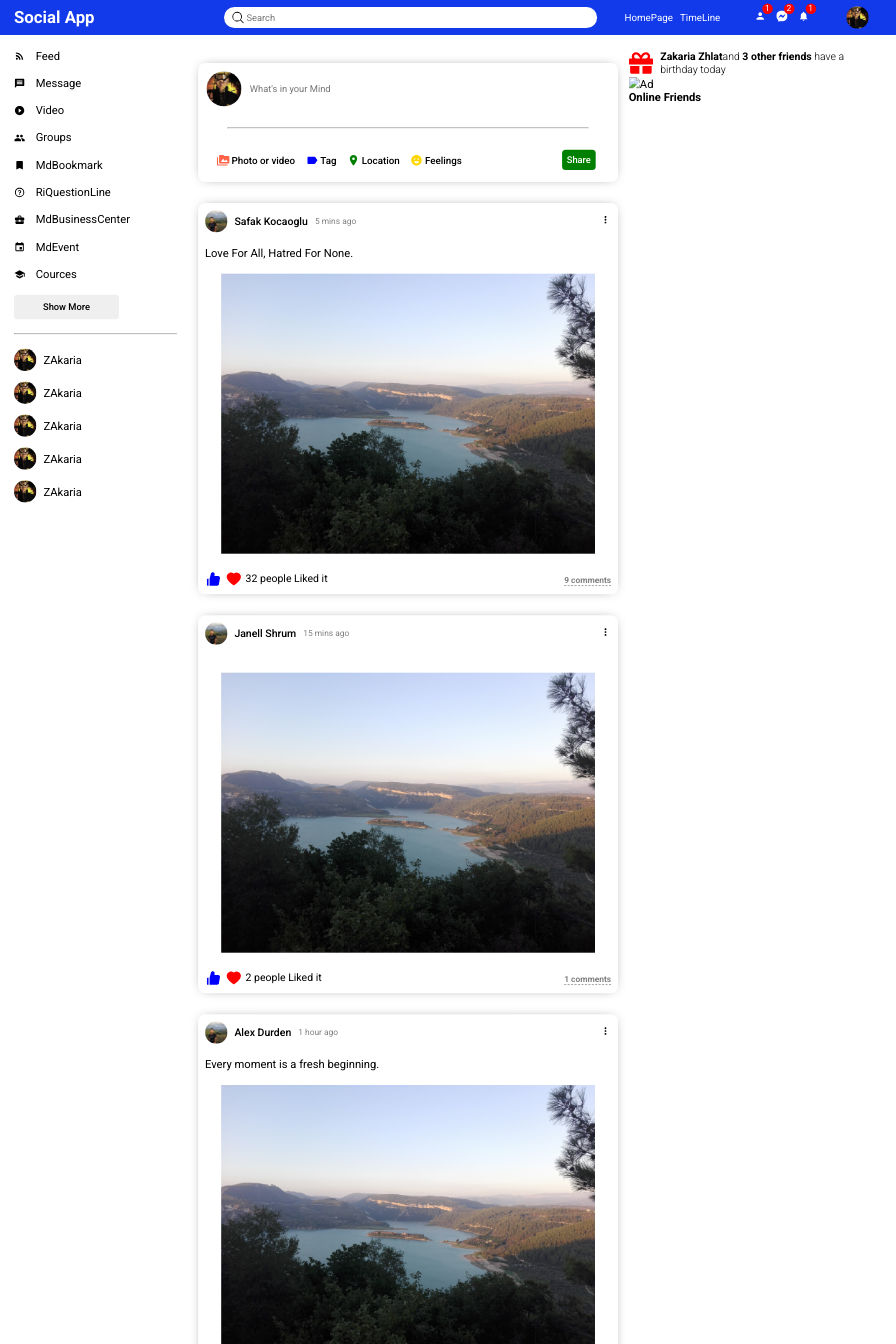
Repository: ZakariaZhlat125/Social-App
Page: /
An editor plug-in stored every save of this project. The page is shown before and after a run of saves, followed by the edit.
The browser window is 1280 px wide. The pictures show the part of the page from y = 0 to 1920 px (the page is 6066 px tall before and 720 px after), at 70% of full size.
The project was rebuilt for these pictures with package versions that can differ from the ones it lists, and the page was loaded fresh each time. Also part of the build but not shown: vite.config.js, src/components/online/Online.css.

Above is the page before, as saved 2023-01-12 00:34:49.

### index.html
<!DOCTYPE html>
<html lang="en">
  <head>
    <meta charset="UTF-8" />
    <meta name="viewport" content="width=device-width, initial-scale=1.0" />
    <link rel="preconnect" href="https://fonts.googleapis.com" />
    <link rel="preconnect" href="https://fonts.gstatic.com" crossorigin />
    <link
      href="https://fonts.googleapis.com/css2?family=Roboto:ital,wght@0,100;0,300;0,400;0,500;0,700;0,900;1,100;1,300;1,400;1,700;1,900&display=swap"
      rel="stylesheet"
    />
    <link rel="stylesheet" href="./src/style.css" />
    <title>Social App</title>
  </head>
  <body>
    <div id="root"></div>
    <script type="module" src="/src/main.jsx"></script>
  </body>
</html>

### src/style.css
*{
    margin: 0;
    font-family: 'Roboto',sans-serif;
}

### src/App.jsx
import Home from "./pages/home/home"

function App() {


  return (
   <div>
    <Home />
   </div>
  )}

export default App

### src/pages/home/Home.jsx
import Feed from "../../components/feed/Feed";
import Header from "../../components/header/Header";
import Rightbar from "../../components/rightbar/Rightbar";
import Sidebar from "../../components/sidebar/Sidebar";

import './Home.css'

function Home() {
  return (
    <>
      <Header />
      <div className="homeContainer">
        <Sidebar />
        <Feed />
        <Rightbar />
      </div>
    </>
  );
}

export default Home;

### src/components/feed/Feed.jsx
import "./Feed.css";
import Share from "../share/Share";
import Post from "../post/Post";
import { Posts } from "../../dummyData";

function Feed() {
  return (
    <div className="feed">
      <div className="feedWrapper"></div>
      <Share />
      {Posts.map((post) => (
        <Post key={post.id} post={post} />
      ))}
    </div>
  );
}

export default Feed;

### src/components/header/Header.jsx
import "./Header.css";
import { HiMagnifyingGlass } from "react-icons/hi2";
import { MdPerson,MdNotifications } from "react-icons/md";
import { SiMessenger } from "react-icons/si";
import profile from '../../assets/profile.jpg'
function Header() {
  return (
    <div className="HeaderContainer">
      <div className="headerLeft">
        <span className="logo">Social App</span>
      </div>
      <div className="headerCenter">
        <div className="searchBar">
        <HiMagnifyingGlass className="searchIcon" />
        <input placeholder="Search" className="searchInput" />
        </div>
      </div>
      <div className="headerRight">
        <div className="headerLinks">
          <span className="headerLink">HomePage</span>
          <span className="headerLink">TimeLine</span>
        </div>
        <div className="headerIcon">
          <div className="headerIconItem">
            <MdPerson />
            <span className="headerIconBage">1</span>
          </div>
          <div className="headerIconItem">
            <SiMessenger />
            <span className="headerIconBage">2</span>
          </div>
          <div className="headerIconItem">
            <MdNotifications />
            <span className="headerIconBage">1</span>
          </div>
        </div>
        <img src={profile} alt="" className="headerImg" />
      </div>
    </div>
  );
}

export default Header;

### src/components/rightbar/Rightbar.jsx
import "./Rightbar.css";
import {FaGift} from "react-icons/fa";
import {Users} from '../../dummyData'


function Rightbar() {
  return (
    <div className="rightbar">
      <div className="rightbarWarpper">
        <div className="birthdayContainer">
          <FaGift color="red"  className="birthdayIcon"/>
          <span className="birthdayText">
            <b>Zakaria Zhlat</b>and <b>3 other friends</b> have a birthday today
          </span>
        </div>
        <img src="" alt="Ad" />
        <h4 className="rightbarTitle">Online Friends</h4>
        <ul className="rightFriendList">

        </ul>
      </div>
    </div>
  );
}

export default Rightbar;

### src/components/feed/Feed.css
.feed {
  flex: 5.5;
  margin-left: 10px;
}

.feedWrapper {

  padding: 20px;

}

### src/components/share/Share.jsx
import "./Share.css";
import profile from "../../assets/profile.jpg";
import { MdPermMedia,MdLabel,MdRoom,MdEmojiEmotions } from "react-icons/md";

export default function Share() {
  return (
    <div className="share">
      <div className="shareWarpper">
        <div className="shareTop">
          <img src={profile} alt="" className="shareProfileImg" />
          <input placeholder="What's in your Mind" className="shareInput" />
        </div>
        <hr className="sharehr" />
        <div className="sharebottom">
          <div className="shareOptions">
            <div className="shareOption">
              <MdPermMedia  className="shareIcon tomato" />
              <span className="shareOptionText">Photo or video </span>
            </div>
            <div className="shareOption">
              <MdLabel className="shareIcon blue" />
              <span className="shareOptionText">Tag</span>
            </div>
            <div className="shareOption">
              <MdRoom className="shareIcon green" />
              <span className="shareOptionText">Location</span>
            </div>
            <div className="shareOption">
              <MdEmojiEmotions className="shareIcon golde" />
              <span className="shareOptionText">Feelings </span>
            </div>
          </div>
          <button className="sharebutton">Share</button>
        </div>
      </div>
    </div>
  );
}

### src/components/post/Post.jsx
import React from "react";
import "./Post.css";
import profile from "../../assets/profile.jpg";
import { Users } from "../../dummyData";

import { MdMoreVert } from "react-icons/md";
import { AiFillLike, AiFillHeart } from "react-icons/ai";

export default function Post({post}) {

  return (
    <div className="post">
      <div className="postWarpper">
        <div className="postTop">
          <div className="postTopLeft">
            <img src={Users.filter((user) => user.id === post?.userId)[0].profilePicture} alt="profile Image" className="postProfileImg" />
            <span className="postUserName">{Users.filter((user) => user.id === post?.userId)[0].username}</span>
            <span className="postDate">{post.date}</span>
          </div>
          <div className="postTopRight">
            <MdMoreVert />
          </div>
        </div>
        <div className="postCenter">
          <div className="postText">{post?.desc}</div>
          <img src={post.photo} alt="" className="postImg" />
        </div>
        <div className="postBottom">
          <div className="postBottomLeft">
            <AiFillLike className="likeIcon" color=" blue" />
            <AiFillHeart className="likeIcon" color="red" />
            <span className="postLikeCounter">{post.like} people Liked it</span>
          </div>
          <div className="postBottomRight">
            <span className="postCommentText">{post.comment} comments</span>
          </div>
        </div>
      </div>
    </div>
  );
}

### src/dummyData.jsx
import  userphoto from './assets/person/1.jpeg'
import  postphoto from './assets/post/1.jpeg'
export const Users = [
  {
    id: 1,
    profilePicture: userphoto,
    username: "Safak Kocaoglu",
  },
  {
    id: 2,
    profilePicture: userphoto,
    username: "Janell Shrum",
  },
  {
    id: 3,
    profilePicture: userphoto,
    username: "Alex Durden",
  },
  {
    id: 4,
    profilePicture: userphoto,
    username: "Dora Hawks",
  },
  {
    id: 5,
    profilePicture: userphoto,
    username: "Thomas Holden",
  },
  {
    id: 6,
    profilePicture: userphoto,
    username: "Shirley Beauchamp",
  },
  {
    id: 7,
    profilePicture: userphoto,
    username: "Travis Bennett",
  },
  {
    id: 8,
    profilePicture: userphoto,
    username: "Kristen Thomas",
  },
  {
    id: 9,
    profilePicture: userphoto,
    username: "Gary Duty",
  },
  {
    id: 10,
    profilePicture: userphoto,
    username: "Safak Kocaoglu",
  },
];

export const Posts = [
  {
    id: 1,
    desc: "Love For All, Hatred For None.",
    photo: postphoto,
    date: "5 mins ago",
    userId: 1,
    like: 32,
    comment: 9,
  },
  {
    id: 2,
    photo: postphoto,
    date: "15 mins ago",
    userId: 2,
    like: 2,
    comment: 1,
  },
  {
    id: 3,
    desc: "Every moment is a fresh beginning.",
    photo: postphoto,
    date: "1 hour ago",
    userId: 3,
    like: 61,
    comment: 2,
  },
  {
    id: 4,
    photo: postphoto,
    date: "4 hours ago",
    userId: 4,
    like: 7,
    comment: 3,
  },
  {
    id: 5,
    photo: postphoto,
    date: "5 hours ago",
    userId: 5,
    like: 23,
    comment: 5,
  },
  {
    id: 6,
    photo: "assets/post/1.jpeg",
    date: "1 day ago",
    userId: 6,
    like: 44,
    comment: 6,
  },
  {
    id: 7,
    desc: "Never regret anything that made you smile.",
    photo: postphoto,
    date: "2 days ago",
    userId: 7,
    like: 52,
    comment: 3,
  },
  {
    id: 8,
    photo: postphoto,
    date: "3 days ago",
    userId: 8,
    like: 15,
    comment: 1,
  },
  {
    id: 9,
    desc: "Change the world by being yourself.",
    photo: postphoto,
    date: "5 days ago",
    userId: 9,
    like: 11,
    comment: 2,
  },
  {
    id: 10,
    photo: postphoto,
    date: "1 week ago",
    userId: 10,
    like: 104,
    comment: 12,
  },
];

### src/components/header/Header.css
.HeaderContainer {
  height: 50px;
  width: 100%;
  background-color: #123aeb;
  display: flex;
  align-items: center;
  position: sticky;
  top: 0;
  z-index: 999;
}

.headerLeft {
  flex: 3;
}

.logo {
  font-size: 24px;
  margin-left: 20px;
  font-weight: bold;
  color: white;
  cursor: pointer;
}

.headerCenter {
  flex: 5;
}

.searchBar {
  display: flex;
  width: 100%;
  height: 30px;
  background-color: white;
  border-radius: 30px;
  align-items: center;
}

.searchIcon {
  font-size: 20px !important;
  margin-left: 10px;
}

.searchInput {
  width: 80%;
  border: none;
}

.searchInput:focus {
  outline: none;
}

.headerRight {
  display: flex;
  flex: 4;
  align-items: center;
  justify-content: space-evenly;
  color: white;
}

.headerLinks {
  display: flex;
}

.headerLink {
  margin-right: 10px;
  font-size: 14px;
  cursor: pointer;
}

.headerIcon {
  display: flex;
}

.headerIconItem {
  margin-right: 15px;
  cursor: pointer;
  position: relative;
}

.headerIconBage {
  width: 15px;
  height: 15px;
  background-color: red;
  border-radius: 50px;
  color: white;
  position: absolute;
  top: -10px;
  right: -10px;
  display: flex;
  justify-content: center;
  font-size: 12px;
}

.headerImg {
  width: 32px;
  height: 32px;
  border-radius: 50%;
  object-fit: cover;
  cursor: pointer;
}

### src/components/rightbar/Rightbar.css
.rightbar {
  flex: 3.5;
  margin-left: 15px;
  position: sticky;
}
.rightbarWarpper {
  padding: 20px 20px 0 0;
}

.birthdayContainer {
  display: flex;
  align-items: center;
}

.birthdayIcon {
  width: 40px;
  height: 40px;
  margin-right: 10px;
}

.birthdayText {
  font-weight: 300;
  font-size: 15px;
}

.rightbarTitle {
    margin-bottom: 20px;
}

.rightFriendList {
    padding: 0;
    margin: 0;
    list-style: none;
}

.rightBarFriend {
    display: flex;
    align-items: center;
    margin-bottom: 15px;
}

.rightbarProfileImageContainer {
    margin-right: 10px;
    position: relative;
}

.rightbarProfileImg {
    width: 40px;
    height: 40px;
    border-radius: 50%;
    object-fit: cover;
}

.rightbarOnline {
    width: 12px;
    height: 12px;
    border-radius: 50%;
    background-color:limegreen;
    position: absolute;
    top: -2px;
    right: 0;
    border: 2px solid white;

}

.rightUsername{
font-weight: 500;
}

### src/components/sidebar/Sidebar.css
.sidebar {
  flex: 2.5;
  height: calc(100vh - 50px);
  overflow: scroll;
  position: sticky;
  top: 50px;
}

::-webkit-scrollbar{
    width: 5px;
}
::-webkit-scrollbar-track{
    background-color: #f1f1f1;
}
::-webkit-scrollbar-thumb{
   background-color: rgb(179, 179, 179);
}
.sidebarWrapper {
  padding: 20px;
}
.sidebarList {
  padding: 0;
  margin: 0;
  list-style: none;
}

.sidebarListItem {
  display: flex;
  align-items: center;
  margin-bottom: 20px;
  cursor: pointer;
}

.sidebarIcon {
  margin-right: 15px;
}
.sidebarListItemText {
}

.sidebarButton {
    width: 150px;
    border: none;
    padding: 10px;
    border-radius: 5px;
    font-weight: 500;
}
.sidebarHr {
    margin: 20px 0;
}
.sidebarFirendList {
    padding: 0;
    margin: 0;
    list-style: none;
}
.sidebarFriend {
    display: flex;
    align-items: center;
    margin-bottom: 15px;
}
.sidebarFriendImg {
width: 32px;
height: 32px;
border-radius: 50%;
object-fit: cover;
margin-right: 10px;
}

.sidebarFriendName {

}

### src/components/share/Share.css
.share {
  width: 100%;
  height: 170px;
  border-radius: 10px;
  -webkit-box-shadow: 0px 0px 16px -8px rgba(0, 0, 0, 0.68);
  box-shadow: 0px 0px 16px -8px rgba(0, 0, 0, 0.68);
}

.shareWarpper {
  padding: 12px;
}

/*Top section */
.shareTop {
  display: flex;
  align-items: center;
}

.shareProfileImg {
  width: 50px;
  height: 50px;
  border-radius: 50%;
  object-fit: cover;
  margin-right: 10px;
}

.shareInput {
  border: none;
  width: 80%;
}

.shareInput:focus {
  outline: none;
}

.sharehr {
  margin: 30px;
}
/*end top section*/

/*bottom Section*/
.sharebottom {
  display: flex;
  align-items: center;
  justify-content: space-between;
}

.shareOptions {
  display: flex;
  margin-left: 15px;
}

.shareOption {
  display: flex;
  align-items: center;
  margin-right: 15px;
  cursor: pointer;
}

.shareIcon {
  font-size: 18px;
  margin-right: 3px;
}

.shareOptionText {
  font-size: 14px;
  font-weight: 500;
}

.sharebutton {
  border: none;
  padding: 7px;
  border-radius: 5px;
  background-color: green;
  font-weight: 500;
  margin-right: 20px;
  cursor: pointer;
  color: white;
}
/*end bottom section */

/*color class for Icons*/
.tomato {
  color: tomato;
}

.blue {
  color: blue;
}

.green {
  color: green;
}

.golde {
  color: gold;
}
/*enc color section */

### src/components/post/Post.css
.post {
  width: 100%;
  border-radius: 10px;
  -webkit-box-shadow: 0px 0px 16px -8px rgba(0, 0, 0, 0.68);
  box-shadow: 0px 0px 16px -8px rgba(0, 0, 0, 0.68);
  margin: 30px 0;
}

.postWarpper {
  padding: 10px;
}

/*start top section*/
.postTop {
  display: flex;
  align-items: center;
  justify-content: space-between;
}

.postTopLeft {
  display: flex;
  align-items: center;
}

.postProfileImg {
  width: 32px;
  height: 32px;
  border-radius: 50%;
  object-fit: cover;
}

.postUserName {
  font-size: 15px;
  font-weight: 500;
  margin: 0 10px;
}
.postDate {
  font-size: 12px;
  color: gray;
}
.postTopRight {
}



/*end top section*/

/*start center section*/
.postCenter {
    margin: 20px 0;
}

.postText {
}

.postImg {
    margin-top: 20px;
    width: 100%;
    max-height: 400px;
    object-fit:contain;
}

/*end center section*/

/*start bottom section*/
.postBottom {
    display: flex;
    align-items: center;
    justify-content: space-between;
}

.postBottomLeft {
    display: flex;
    align-items: center;

}

.likeIcon {
    width: 24px;
    height: 24px;
    margin-right: 5px;
    cursor: pointer;
}

.postLikeCounter {
    font-size: 15px;
}

.postBottomRight {
}

.postCommentText {
    cursor: pointer;
    border-bottom: 1px dashed gray;
    font-size: 12px;
    color:gray;
    font-weight: bold;

. {
}

. {
}

. {
}

/*end bottom section*/
. {
}

. {
}

. {
}

### src/components/online/Online.jsx
import './Online.css'
export default function Online({user}) {
  return (
    <li className="rightBarFriend">
    <div className="rightbarProfileImageContainer">
      <img src={profile} alt="" className="rightbarProfileImg" />
      <span className="rightbarOnline"></span>
    </div>
    <span className="rightUsername">Narato</span>
  </li>
  )
}

Loaded but not shown: src/main.jsx (common file); src/pages/home/Home.css (common file); src/components/sidebar/Sidebar.jsx (155 lines, source omitted)

After the next 2 saves:
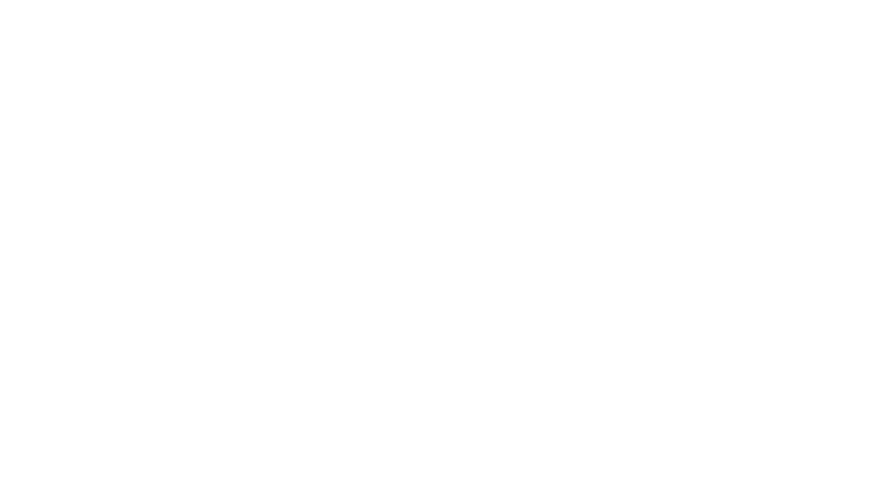
Console error: ReferenceError: profile is not defined
The 2 saves are shown as one change because 1 did not build or start.
The last was saved 81 s later.
--- a/src/components/rightbar/Rightbar.jsx
+++ b/src/components/rightbar/Rightbar.jsx
@@ -1,6 +1,7 @@
 import "./Rightbar.css";
 import {FaGift} from "react-icons/fa";
 import {Users} from '../../dummyData'
+import Online from "../online/Online";
 
 
 function Rightbar() {
@@ -16,7 +17,9 @@
         <img src="" alt="Ad" />
         <h4 className="rightbarTitle">Online Friends</h4>
         <ul className="rightFriendList">
-
+         {Users.map(user => (
+          <Online />
+         ))}
         </ul>
       </div>
     </div>

After the 5 saves that followed:
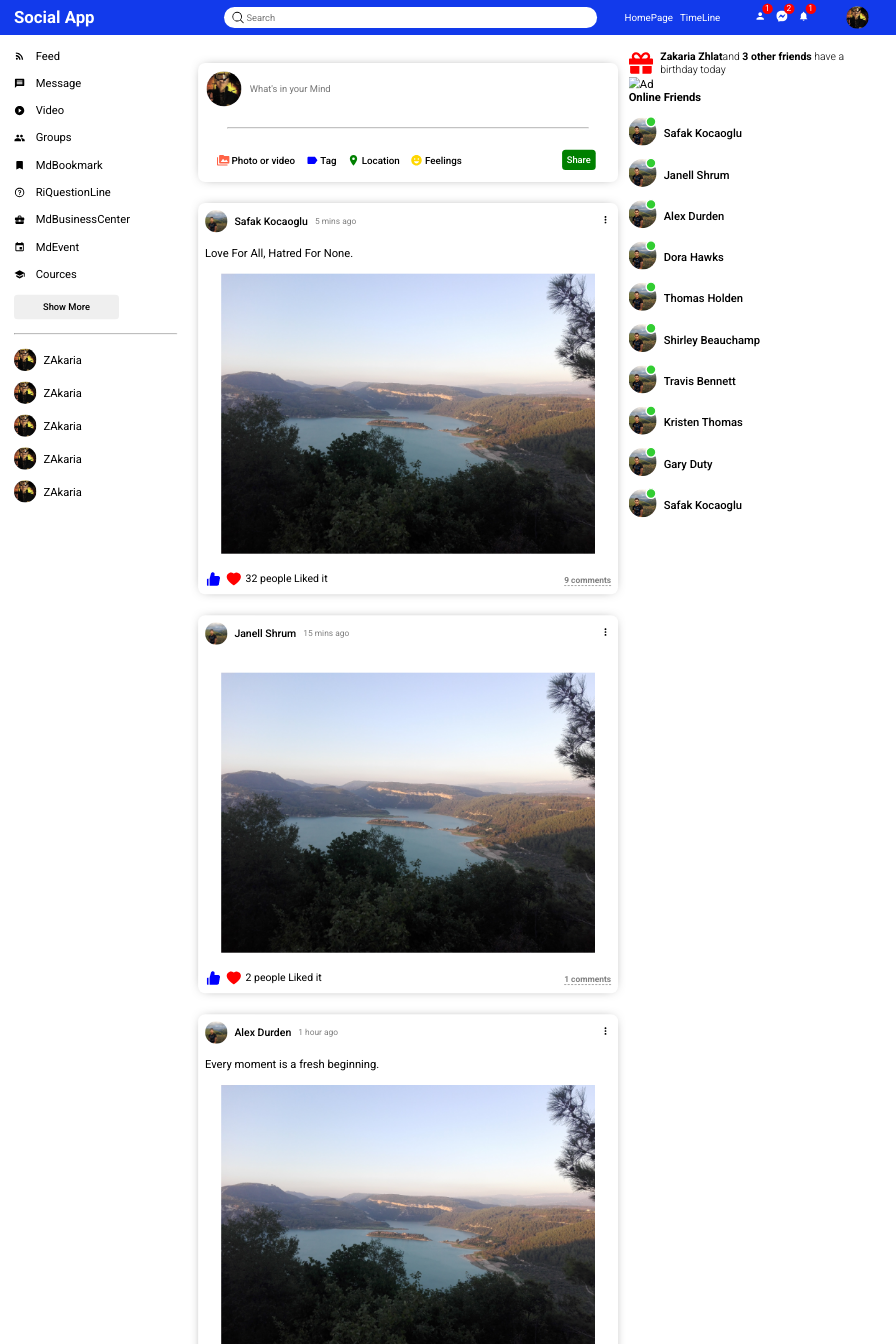
The error is gone.
The 5 saves are shown as one change because 4 left the picture as it was.
The last was saved 94 s later.
--- a/src/components/rightbar/Rightbar.jsx
+++ b/src/components/rightbar/Rightbar.jsx
@@ -18,7 +18,7 @@
         <h4 className="rightbarTitle">Online Friends</h4>
         <ul className="rightFriendList">
          {Users.map(user => (
-          <Online />
+          <Online  key={user.id} user={user}/>
          ))}
         </ul>
       </div>
--- a/src/components/online/Online.jsx
+++ b/src/components/online/Online.jsx
@@ -3,10 +3,10 @@ export default function Online({user}) {
   return (
     <li className="rightBarFriend">
     <div className="rightbarProfileImageContainer">
-      <img src={profile} alt="" className="rightbarProfileImg" />
+      <img src={user.profilePicture} alt="" className="rightbarProfileImg" />
       <span className="rightbarOnline"></span>
     </div>
-    <span className="rightUsername">Narato</span>
+    <span className="rightUsername">{user.username}</span>
   </li>
   )
 }
